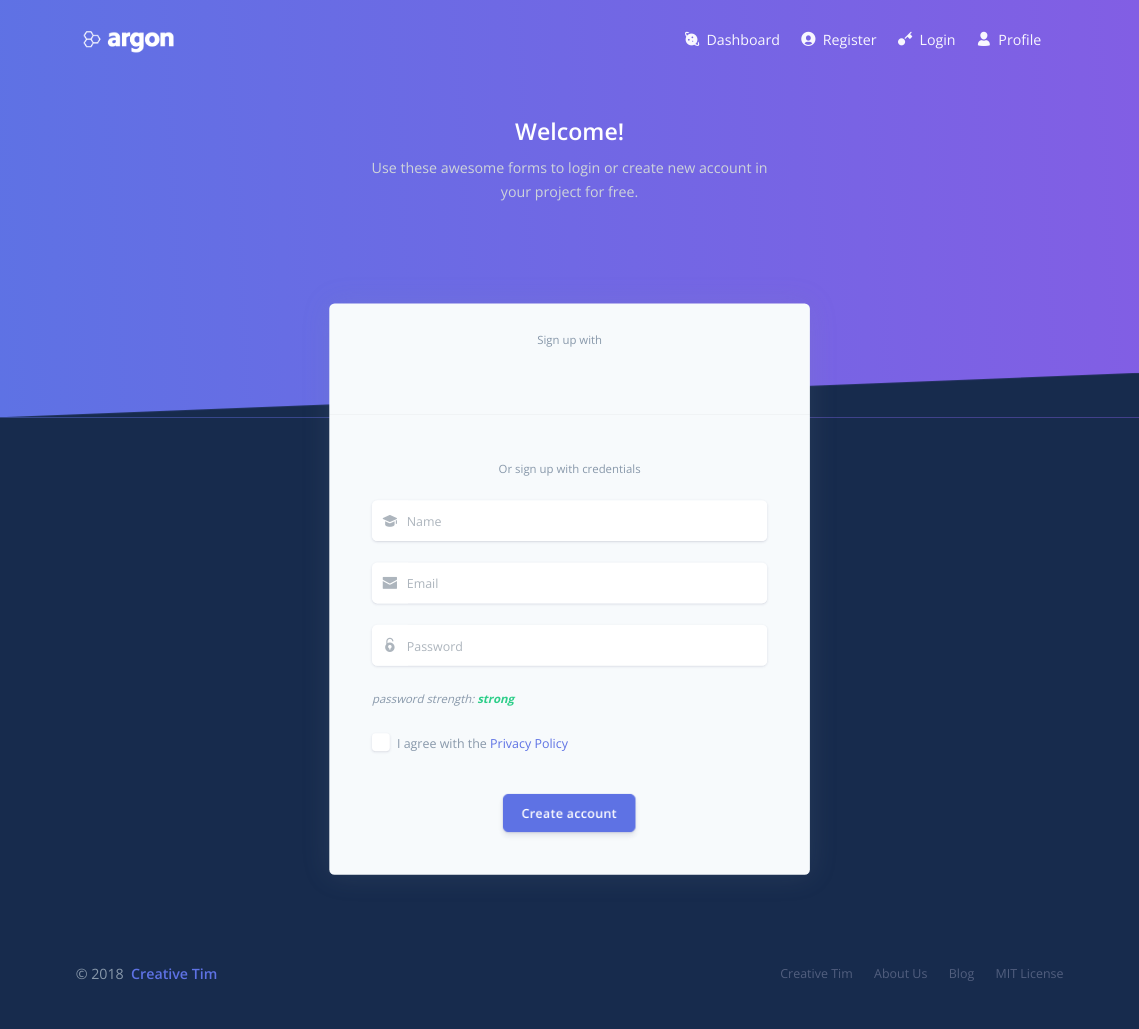
Repository: Hareeshgoli/restuarnt
Page: http://localhost/Items
The author's editor kept a copy of each file at every save. The page is drawn from the files as they stood at one save, then again after the next save.
The browser window is 1280 px wide. The pictures show the whole page, at 89% of full size.
The page is this project's Thymeleaf template; nobody is signed in. The template is opened directly, without the code that normally fills it, so the values that code supplies are empty.

Above is the page before, as saved 2020-02-28 08:47:03.

### resturant/src/main/resources/templates/Items.html
<!--

=========================================================
* Argon Dashboard - v1.1.2
=========================================================

* Product Page: https://www.creative-tim.com/product/argon-dashboard
* Copyright 2020 Creative Tim (https://www.creative-tim.com)
* Licensed under MIT (https://github.com/creativetimofficial/argon-dashboard/blob/master/LICENSE.md)

* Coded by Creative Tim

=========================================================

* The above copyright notice and this permission notice shall be included in all copies or substantial portions of the Software. -->
<!DOCTYPE html>
<html lang="en">

<head>
  <meta charset="utf-8" />
  <meta name="viewport" content="width=device-width, initial-scale=1, shrink-to-fit=no">
  <title>
    Argon Dashboard - Free Dashboard for Bootstrap 4 by Creative Tim
  </title>
  <!-- Favicon -->
  <link href="../assets/img/brand/favicon.png" rel="icon" type="image/png">
  <!-- Fonts -->
  <link href="https://fonts.googleapis.com/css?family=Open+Sans:300,400,600,700" rel="stylesheet">
  <!-- Icons -->
  <link href="../assets/js/plugins/nucleo/css/nucleo.css" rel="stylesheet" />
  <link href="../assets/js/plugins/@fortawesome/fontawesome-free/css/all.min.css" rel="stylesheet" />
  <!-- CSS Files -->
  <link href="../assets/css/argon-dashboard.css?v=1.1.2" rel="stylesheet" />
</head>

<body class="bg-default">
  <div class="main-content">
    <!-- Navbar -->
    <nav class="navbar navbar-top navbar-horizontal navbar-expand-md navbar-dark">
      <div class="container px-4">
        <a class="navbar-brand" href="../index.html">
          <img src="../assets/img/brand/white.png" />
        </a>
        <button class="navbar-toggler" type="button" data-toggle="collapse" data-target="#navbar-collapse-main" aria-controls="navbarSupportedContent" aria-expanded="false" aria-label="Toggle navigation">
          <span class="navbar-toggler-icon"></span>
        </button>
        <div class="collapse navbar-collapse" id="navbar-collapse-main">
          <!-- Collapse header -->
          <div class="navbar-collapse-header d-md-none">
            <div class="row">
              <div class="col-6 collapse-brand">
                <a href="../index.html">
                  <img src="../assets/img/brand/blue.png">
                </a>
              </div>
              <div class="col-6 collapse-close">
                <button type="button" class="navbar-toggler" data-toggle="collapse" data-target="#navbar-collapse-main" aria-controls="sidenav-main" aria-expanded="false" aria-label="Toggle sidenav">
                  <span></span>
                  <span></span>
                </button>
              </div>
            </div>
          </div>
          <!-- Navbar items -->
          <ul class="navbar-nav ml-auto">
            <li class="nav-item">
              <a class="nav-link nav-link-icon" href="../index.html">
                <i class="ni ni-planet"></i>
                <span class="nav-link-inner--text">Dashboard</span>
              </a>
            </li>
            <li class="nav-item">
              <a class="nav-link nav-link-icon" href="../examples/register.html">
                <i class="ni ni-circle-08"></i>
                <span class="nav-link-inner--text">Register</span>
              </a>
            </li>
            <li class="nav-item">
              <a class="nav-link nav-link-icon" href="../examples/login.html">
                <i class="ni ni-key-25"></i>
                <span class="nav-link-inner--text">Login</span>
              </a>
            </li>
            <li class="nav-item">
              <a class="nav-link nav-link-icon" href="../examples/profile.html">
                <i class="ni ni-single-02"></i>
                <span class="nav-link-inner--text">Profile</span>
              </a>
            </li>
          </ul>
        </div>
      </div>
    </nav>
    <!-- Header -->
    <div class="header bg-gradient-primary py-7 py-lg-8">
      <div class="container">
        <div class="header-body text-center mb-7">
          <div class="row justify-content-center">
            <div class="col-lg-5 col-md-6">
              <h1 class="text-white">Welcome!</h1>
              <p class="text-lead text-light">Use these awesome forms to login or create new account in your project for free.</p>
            </div>
          </div>
        </div>
      </div>
      <div class="separator separator-bottom separator-skew zindex-100">
        <svg x="0" y="0" viewBox="0 0 2560 100" preserveAspectRatio="none" version="1.1" xmlns="http://www.w3.org/2000/svg">
          <polygon class="fill-default" points="2560 0 2560 100 0 100"></polygon>
        </svg>
      </div>
    </div>
    <!-- Page content -->
    <div class="container mt--8 pb-5">
      <!-- Table -->
      <div class="row justify-content-center">
        <div class="col-lg-6 col-md-8">
          <div class="card bg-secondary shadow border-0">
            <div class="card-header bg-transparent pb-5">
              <div class="text-muted text-center mt-2 mb-4"><small>Sign up with</small></div>
             <!--  <div class="text-center">
                <a href="#" class="btn btn-neutral btn-icon mr-4">
                  <span class="btn-inner--icon"><img src="../assets/img/icons/common/github.svg"></span>
                  <span class="btn-inner--text">Github</span>
                </a>
                <a href="#" class="btn btn-neutral btn-icon">
                  <span class="btn-inner--icon"><img src="../assets/img/icons/common/google.svg"></span>
                  <span class="btn-inner--text">Google</span>
                </a>
              </div> -->
            </div>
            <div class="card-body px-lg-5 py-lg-5">
              <div class="text-center text-muted mb-4">
                <small>Or sign up with credentials</small>
              </div>
              <form role="form">
                <div class="form-group">
                  <div class="input-group input-group-alternative mb-3">
                    <div class="input-group-prepend">
                      <span class="input-group-text"><i class="ni ni-hat-3"></i></span>
                    </div>
                    <input class="form-control" placeholder="Name" type="text">
                  </div>
                </div>
                <div class="form-group">
                  <div class="input-group input-group-alternative mb-3">
                    <div class="input-group-prepend">
                      <span class="input-group-text"><i class="ni ni-email-83"></i></span>
                    </div>
                    <input class="form-control" placeholder="Email" type="email">
                  </div>
                </div>
                <div class="form-group">
                  <div class="input-group input-group-alternative">
                    <div class="input-group-prepend">
                      <span class="input-group-text"><i class="ni ni-lock-circle-open"></i></span>
                    </div>
                    <input class="form-control" placeholder="Password" type="password">
                  </div>
                </div>
                <div class="text-muted font-italic"><small>password strength: <span class="text-success font-weight-700">strong</span></small></div>
                <div class="row my-4">
                  <div class="col-12">
                    <div class="custom-control custom-control-alternative custom-checkbox">
                      <input class="custom-control-input" id="customCheckRegister" type="checkbox">
                      <label class="custom-control-label" for="customCheckRegister">
                        <span class="text-muted">I agree with the <a href="#!">Privacy Policy</a></span>
                      </label>
                    </div>
                  </div>
                </div>
                <div class="text-center">
                  <button type="button" class="btn btn-primary mt-4">Create account</button>
                </div>
              </form>
            </div>
          </div>
        </div>
      </div>
    </div>
  </div>
  <!-- Footer -->
  <footer class="py-5">
    <div class="container">
      <div class="row align-items-center justify-content-xl-between">
        <div class="col-xl-6">
          <div class="copyright text-center text-xl-left text-muted">
            &copy; 2018 <a href="https://www.creative-tim.com" class="font-weight-bold ml-1" target="_blank">Creative Tim</a>
          </div>
        </div>
        <div class="col-xl-6">
          <ul class="nav nav-footer justify-content-center justify-content-xl-end">
            <li class="nav-item">
              <a href="https://www.creative-tim.com" class="nav-link" target="_blank">Creative Tim</a>
            </li>
            <li class="nav-item">
              <a href="https://www.creative-tim.com/presentation" class="nav-link" target="_blank">About Us</a>
            </li>
            <li class="nav-item">
              <a href="http://blog.creative-tim.com" class="nav-link" target="_blank">Blog</a>
            </li>
            <li class="nav-item">
              <a href="https://github.com/creativetimofficial/argon-dashboard/blob/master/LICENSE.md" class="nav-link" target="_blank">MIT License</a>
            </li>
          </ul>
        </div>
      </div>
    </div>
  </footer>
  </div>
  <!--   Core   -->
  <script src="../assets/js/plugins/jquery/dist/jquery.min.js"></script>
  <script src="../assets/js/plugins/bootstrap/dist/js/bootstrap.bundle.min.js"></script>
  <!--   Optional JS   -->
  <!--   Argon JS   -->
  <script src="../assets/js/argon-dashboard.min.js?v=1.1.2"></script>
  <script src="https://cdn.trackjs.com/agent/v3/latest/t.js"></script>
  <script>
    window.TrackJS &&
      TrackJS.install({
        token: "ee6fab19c5a04ac1a32a645abde4613a",
        application: "argon-dashboard-free"
      });
  </script>
</body>

</html>

Loaded but not shown: resturant/src/main/resources/static/assets/js/plugins/nucleo/css/nucleo.css (library); resturant/src/main/resources/static/assets/js/plugins/@fortawesome/fontawesome-free/css/all.min.css (library); resturant/src/main/resources/static/assets/css/argon-dashboard.css (library); resturant/src/main/resources/static/assets/js/plugins/jquery/dist/jquery.min.js (library); resturant/src/main/resources/static/assets/js/plugins/bootstrap/dist/js/bootstrap.bundle.min.js (library); resturant/src/main/resources/static/assets/js/argon-dashboard.min.js (library)

After the next save:
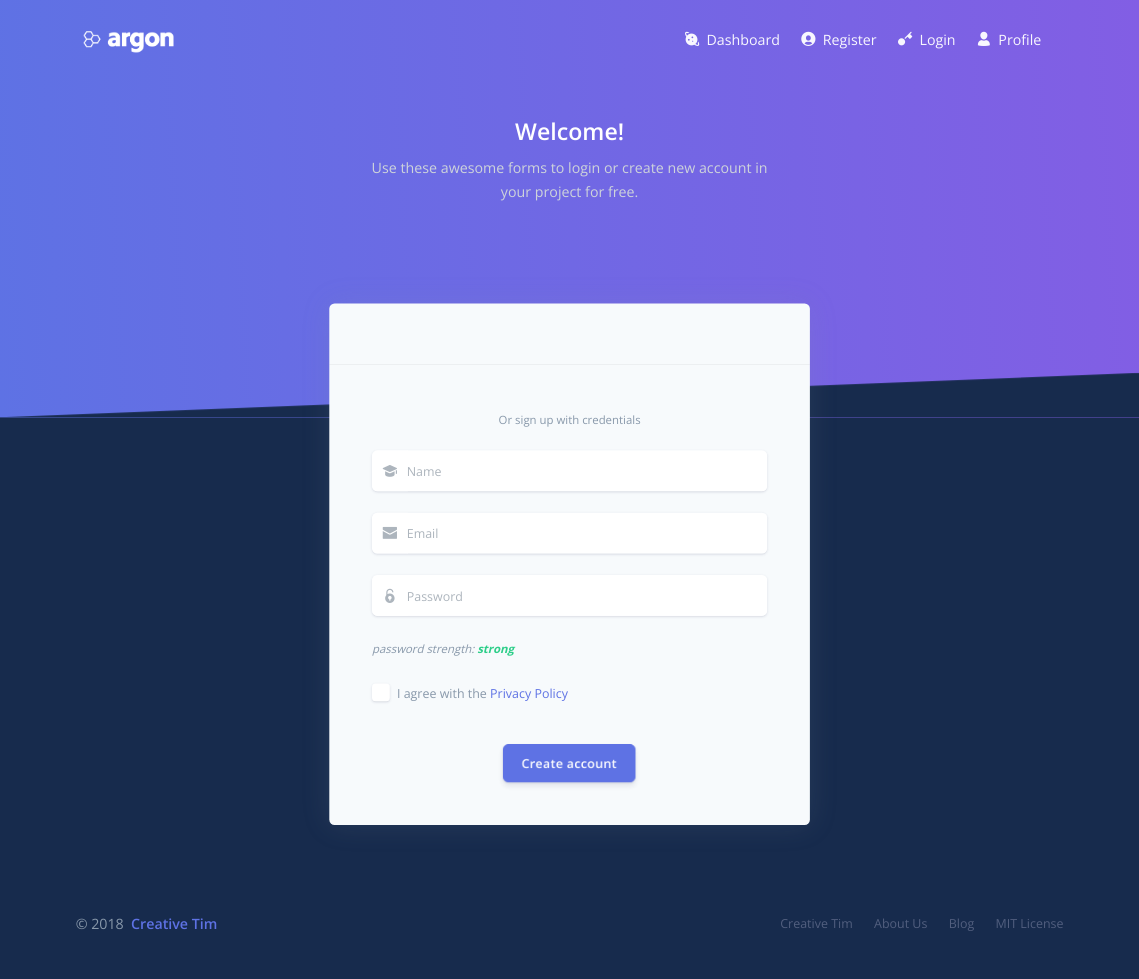
Saved 43 s later.
--- a/resturant/src/main/resources/templates/Items.html
+++ b/resturant/src/main/resources/templates/Items.html
@@ -116,7 +116,7 @@
         <div class="col-lg-6 col-md-8">
           <div class="card bg-secondary shadow border-0">
             <div class="card-header bg-transparent pb-5">
-              <div class="text-muted text-center mt-2 mb-4"><small>Sign up with</small></div>
+         <!--      <div class="text-muted text-center mt-2 mb-4"><small>Sign up with</small></div> -->
              <!--  <div class="text-center">
                 <a href="#" class="btn btn-neutral btn-icon mr-4">
                   <span class="btn-inner--icon"><img src="../assets/img/icons/common/github.svg"></span>
